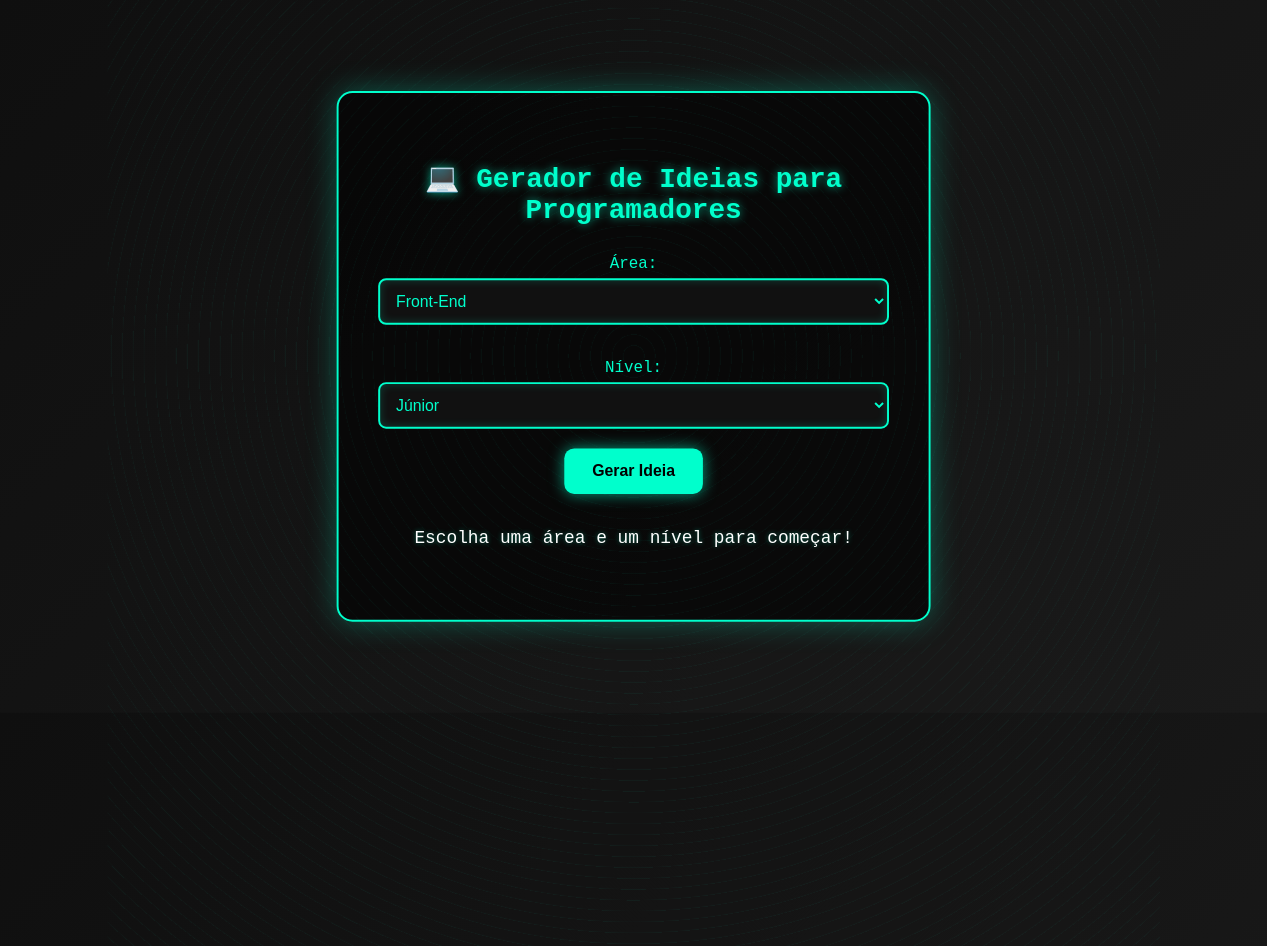
Repository: Wbyh7z/gerador-de-projeto
Page: index.html
An editor plug-in stored every save of this project. The page is shown before and after the next save, followed by the edit.
The browser window is 1280 px wide. The pictures show the whole page, at 99% of full size.
Some web fonts or font styles are not loaded; a fallback is used.

Above is the page before, as saved 2025-08-08 15:47:38.

### index.html
<!DOCTYPE html>
<html lang="pt-BR">
<head>
  <meta charset="UTF-8">
  <title>Gerador de Ideias para Devs</title>
  <link rel="stylesheet" href="style.css">
  <link rel="stylesheet" href="https://cdnjs.cloudflare.com/ajax/libs/font-awesome/6.4.0/css/all.min.css">
</head>
<body>
  <div class="container">
    <h1>💻 Gerador de Ideias para Programadores</h1>

    <label for="area">Área:</label>
    <select id="area">
      <option value="frontend">Front-End</option>
      <option value="backend">Back-End</option>
      <option value="fullstack">Full Stack</option>
    </select>

    <label for="nivel">Nível:</label>
    <select id="nivel">
      <option value="junior">Júnior</option>
      <option value="pleno">Pleno</option>
      <option value="senior">Sênior</option>
    </select>

    <button onclick="gerarIdeia()">Gerar Ideia</button>
    <p id="ideia">Escolha uma área e um nível para começar!</p>
  </div>

  <script src="script.js"></script>
</body>
</html>

### style.css
@import url('https://fonts.googleapis.com/css2?family=Share+Tech+Mono&display=swap');

* {
  box-sizing: border-box;
}

body {
  font-family: 'Share Tech Mono', monospace;
  margin: 0;
  height: 100vh;
  background: linear-gradient(135deg, #0f0f0f, #1a1a1a);
  color: #00ffcc;
  display: flex;
  justify-content: center;
  align-items: center;
  overflow: hidden;
}

.container {
  background: rgba(0, 0, 0, 0.6);
  border: 2px solid #00ffcc;
  border-radius: 16px;
  padding: 50px 40px;
  box-shadow: 0 0 30px rgba(0, 255, 204, 0.3);
  text-align: center;
  max-width: 600px;
  width: 90%;
  position: relative;
  z-index: 1;
}

.container::before {
  content: '';
  position: absolute;
  top: -50%;
  left: -50%;
  width: 200%;
  height: 200%;
  background: repeating-radial-gradient(circle, transparent, transparent 10px, rgba(0, 255, 204, 0.05) 11px);
  animation: pulse 20s linear infinite;
  z-index: -1;
}

@keyframes pulse {
  0% { transform: rotate(0deg); }
  100% { transform: rotate(360deg); }
}

h1 {
  font-size: 28px;
  margin-bottom: 30px;
  color: #00ffcc;
  text-shadow: 0 0 10px rgba(0, 255, 204, 0.6);
}

label {
  display: block;
  margin: 15px 0 5px;
  font-size: 16px;
  color: #00ffcc;
}

select {
  width: 100%;
  padding: 12px;
  font-size: 16px;
  border-radius: 8px;
  border: 2px solid #00ffcc;
  background-color: #111;
  color: #00ffcc;
  margin-bottom: 20px;
  box-shadow: inset 0 0 10px rgba(0, 255, 204, 0.2);
  transition: all 0.3s ease;
}

select:focus {
  outline: none;
  border-color: #00ffd0;
  box-shadow: 0 0 10px rgba(0, 255, 204, 0.5);
}

button {
  padding: 14px 28px;
  font-size: 16px;
  font-weight: bold;
  background-color: #00ffcc;
  color: #000;
  border: none;
  border-radius: 10px;
  cursor: pointer;
  box-shadow: 0 0 15px rgba(0, 255, 204, 0.6);
  transition: transform 0.2s ease, box-shadow 0.3s ease;
}

button:hover {
  transform: scale(1.05);
  box-shadow: 0 0 25px rgba(0, 255, 204, 0.9);
}

#ideia {
  margin-top: 30px;
  font-size: 18px;
  line-height: 1.6;
  color: #ffffff;
  text-shadow: 0 0 5px rgba(0, 255, 204, 0.4);
}

### script.js
const ideias = {
  frontend: {
    junior: [
      "Portfólio pessoal com HTML, CSS e JS puro",
      "Landing page responsiva com animações CSS",
      "Clone da interface do Spotify com Flexbox/Grid",
      "Quiz interativo com JavaScript e feedback visual",
      "Tema claro/escuro com persistência via localStorage"
    ],
    pleno: [
      "Dashboard com gráficos dinâmicos usando Chart.js",
      "Aplicativo com React e consumo de API pública",
      "Sistema de busca com filtros e paginação",
      "Gerenciador de tarefas com drag-and-drop",
      "Navegação SPA com React Router e animações"
    ],
    senior: [
      "SPA com autenticação OAuth2 e gerenciamento de sessão",
      "Editor de código online com destaque de sintaxe",
      "PWA com cache offline, notificações push e instalação",
      "Visualizador de dados em tempo real com WebSocket",
      "Testes automatizados com Cypress e integração contínua"
    ]
  },
  backend: {
    junior: [
      "API REST com Node.js e Express",
      "CRUD simples com SQLite e validação básica",
      "Sistema de login com hash de senha (bcrypt)",
      "Gerador de senhas seguras via terminal",
      "API de clima que consome dados externos"
    ],
    pleno: [
      "Autenticação com JWT e refresh token",
      "Sistema de agendamento com PostgreSQL",
      "API com testes automatizados usando Jest",
      "Monitoramento de logs com Winston e Morgan",
      "Upload de arquivos com validação e armazenamento local"
    ],
    senior: [
      "Microserviços com Docker, Kafka e PostgreSQL",
      "Sistema de filas com RabbitMQ e workers",
      "API GraphQL com resolvers complexos",
      "Search engine com ElasticSearch",
      "Testes de carga com Artillery e métricas com Prometheus"
    ]
  },
  fullstack: {
    junior: [
      "To-do list com React no front e Express no back",
      "Blog com painel admin básico e Markdown",
      "Sistema de login com validação e sessões",
      "App de receitas com upload de imagens",
      "Calculadora financeira com histórico"
    ],
    pleno: [
      "E-commerce com carrinho, login e banco de dados",
      "Plataforma de cursos com upload de vídeos",
      "Sistema de comentários com moderação",
      "Painel administrativo com gráficos e filtros",
      "Chat em tempo real com WebSocket"
    ],
    senior: [
      "Plataforma de ensino com pagamentos, vídeos e painel admin",
      "Sistema de autenticação com 2FA e recuperação de senha",
      "App com CI/CD, testes automatizados e deploy em cloud",
      "CMS customizado com editor visual e controle de acesso",
      "Fullstack app com microserviços, cache, e escalabilidade horizontal"
    ]
  }
};

// Mapeamento de ícones por área
const icones = {
  frontend: "fa-paint-brush",
  backend: "fa-server",
  fullstack: "fa-layer-group"
};

function gerarIdeia() {
  const area = document.getElementById("area").value;
  const nivel = document.getElementById("nivel").value;

  const lista = ideias[area][nivel];
  const ideiaTexto = lista[Math.floor(Math.random() * lista.length)];
  const icone = icones[area];

  const ideiaHTML = `
    <i class="fas ${icone}" style="color:#00bcd4; margin-right:8px;"></i>
    <strong>${nivel.toUpperCase()} - ${area.toUpperCase()}</strong>: ${ideiaTexto}
  `;

  document.getElementById("ideia").innerHTML = ideiaHTML;
}

After the next save:
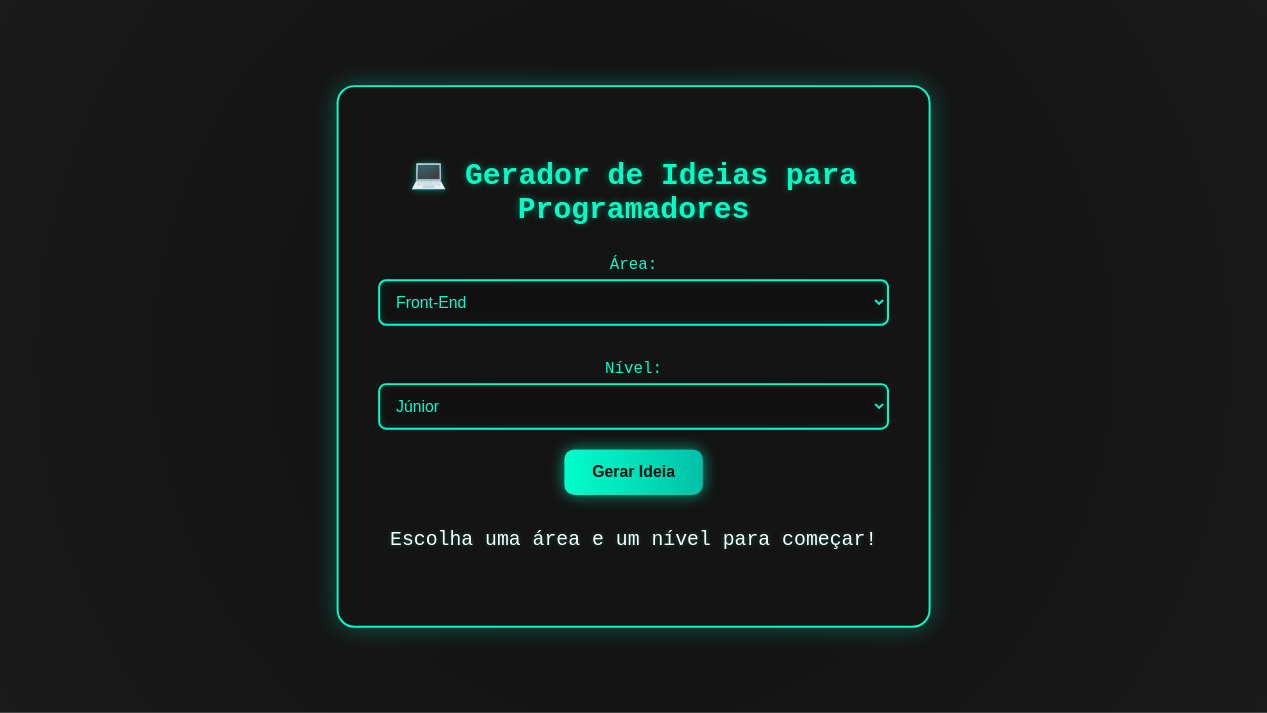
Saved 3 h 28 min later.
--- a/style.css
+++ b/style.css
@@ -8,7 +8,7 @@ body {
   font-family: 'Share Tech Mono', monospace;
   margin: 0;
   height: 100vh;
-  background: linear-gradient(135deg, #0f0f0f, #1a1a1a);
+  background: radial-gradient(circle at center, #0f0f0f, #1a1a1a);
   color: #00ffcc;
   display: flex;
   justify-content: center;
@@ -17,40 +17,28 @@ body {
 }
 
 .container {
-  background: rgba(0, 0, 0, 0.6);
+  background: rgba(20, 20, 20, 0.8);
   border: 2px solid #00ffcc;
-  border-radius: 16px;
+  border-radius: 18px;
   padding: 50px 40px;
-  box-shadow: 0 0 30px rgba(0, 255, 204, 0.3);
+  box-shadow: 0 0 25px rgba(0, 255, 204, 0.3);
   text-align: center;
   max-width: 600px;
   width: 90%;
   position: relative;
   z-index: 1;
+  transition: box-shadow 0.3s ease;
 }
 
-.container::before {
-  content: '';
-  position: absolute;
-  top: -50%;
-  left: -50%;
-  width: 200%;
-  height: 200%;
-  background: repeating-radial-gradient(circle, transparent, transparent 10px, rgba(0, 255, 204, 0.05) 11px);
-  animation: pulse 20s linear infinite;
-  z-index: -1;
-}
-
-@keyframes pulse {
-  0% { transform: rotate(0deg); }
-  100% { transform: rotate(360deg); }
+.container:hover {
+  box-shadow: 0 0 35px rgba(0, 255, 204, 0.5);
 }
 
 h1 {
-  font-size: 28px;
+  font-size: 30px;
   margin-bottom: 30px;
-  color: #00ffcc;
-  text-shadow: 0 0 10px rgba(0, 255, 204, 0.6);
+  color: #00ffc6;
+  text-shadow: 0 0 8px rgba(0, 255, 204, 0.4);
 }
 
 label {
@@ -69,27 +57,47 @@ select {
   background-color: #111;
   color: #00ffcc;
   margin-bottom: 20px;
-  box-shadow: inset 0 0 10px rgba(0, 255, 204, 0.2);
+  box-shadow: inset 0 0 8px rgba(0, 255, 204, 0.2);
   transition: all 0.3s ease;
 }
 
 select:focus {
   outline: none;
   border-color: #00ffd0;
-  box-shadow: 0 0 10px rgba(0, 255, 204, 0.5);
+  box-shadow: 0 0 12px rgba(0, 255, 204, 0.4);
 }
 
 button {
   padding: 14px 28px;
   font-size: 16px;
   font-weight: bold;
-  background-color: #00ffcc;
+  background: linear-gradient(90deg, #00ffcc, #00bfa5);
   color: #000;
   border: none;
   border-radius: 10px;
   cursor: pointer;
   box-shadow: 0 0 15px rgba(0, 255, 204, 0.6);
   transition: transform 0.2s ease, box-shadow 0.3s ease;
+  position: relative;
+  overflow: hidden;
+}
+
+button::after {
+  content: '';
+  position: absolute;
+  top: -50%;
+  left: -50%;
+  width: 200%;
+  height: 200%;
+  background: radial-gradient(circle, rgba(0,255,204,0.2), transparent 70%);
+  animation: pulse 3s infinite;
+  z-index: 0;
+}
+
+@keyframes pulse {
+  0% { transform: scale(1); opacity: 0.6; }
+  50% { transform: scale(1.2); opacity: 0.3; }
+  100% { transform: scale(1); opacity: 0.6; }
 }
 
 button:hover {
@@ -99,8 +107,15 @@ button:hover {
 
 #ideia {
   margin-top: 30px;
-  font-size: 18px;
+  font-size: 20px;
   line-height: 1.6;
   color: #ffffff;
+  text-shadow: 0 0 5px rgba(0, 255, 204, 0.3);
+}
+
+#ideia i {
+  font-size: 1.2em;
+  margin-right: 8px;
+  color: #00ffc6;
   text-shadow: 0 0 5px rgba(0, 255, 204, 0.4);
 }
